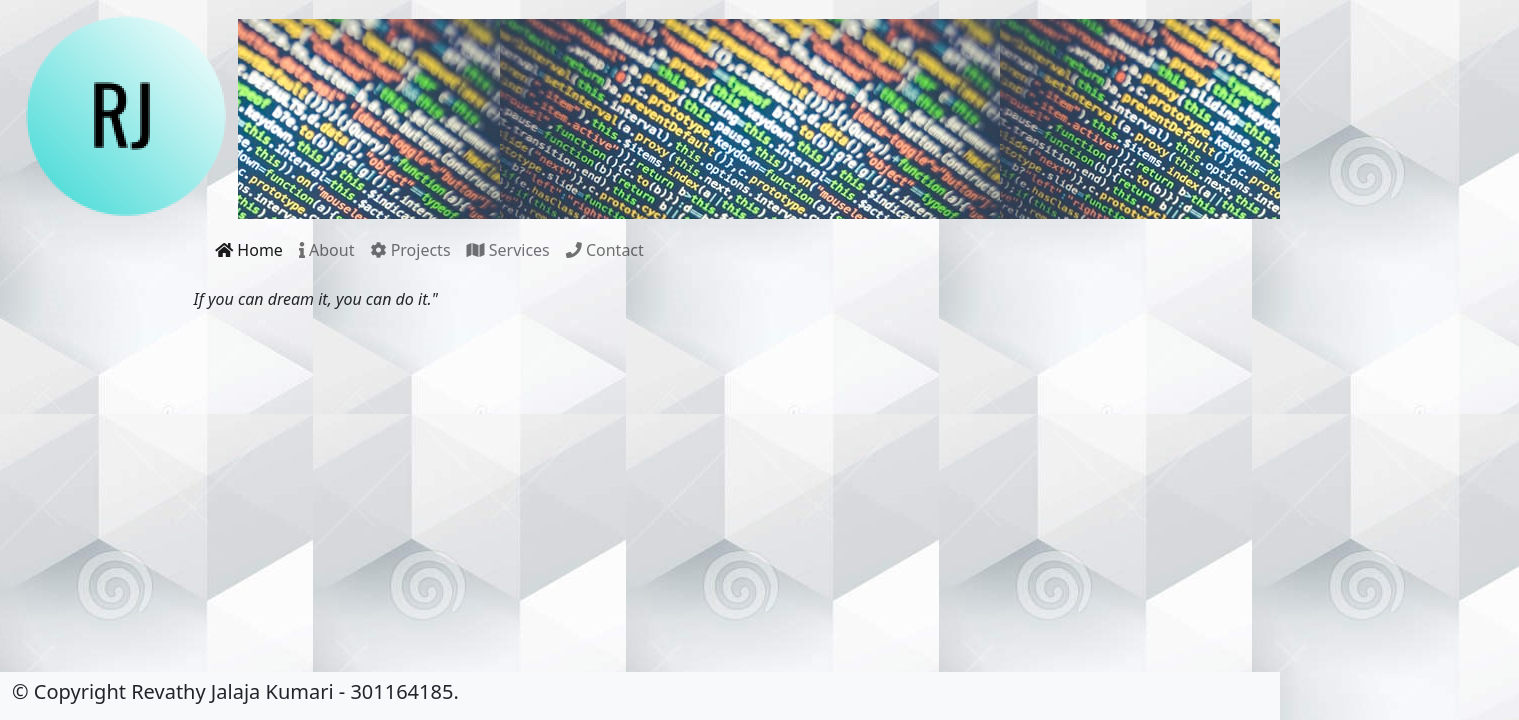
Repository: RevathyJK/Portfolio
Page: http://localhost/
An editor plug-in stored every save of this project. The page is shown before and after the next save, followed by the edit.
The browser window is 1280 px wide. The page is 1519 px wide, so the pictures cover 1519 px, including what lies to the right of the window. The pictures show the whole page.
The first visible `a` is being pressed.
The page is served by the project's Node server (server.js).

Above is the page before, as saved 2021-10-01 17:51:35.

After the next save:
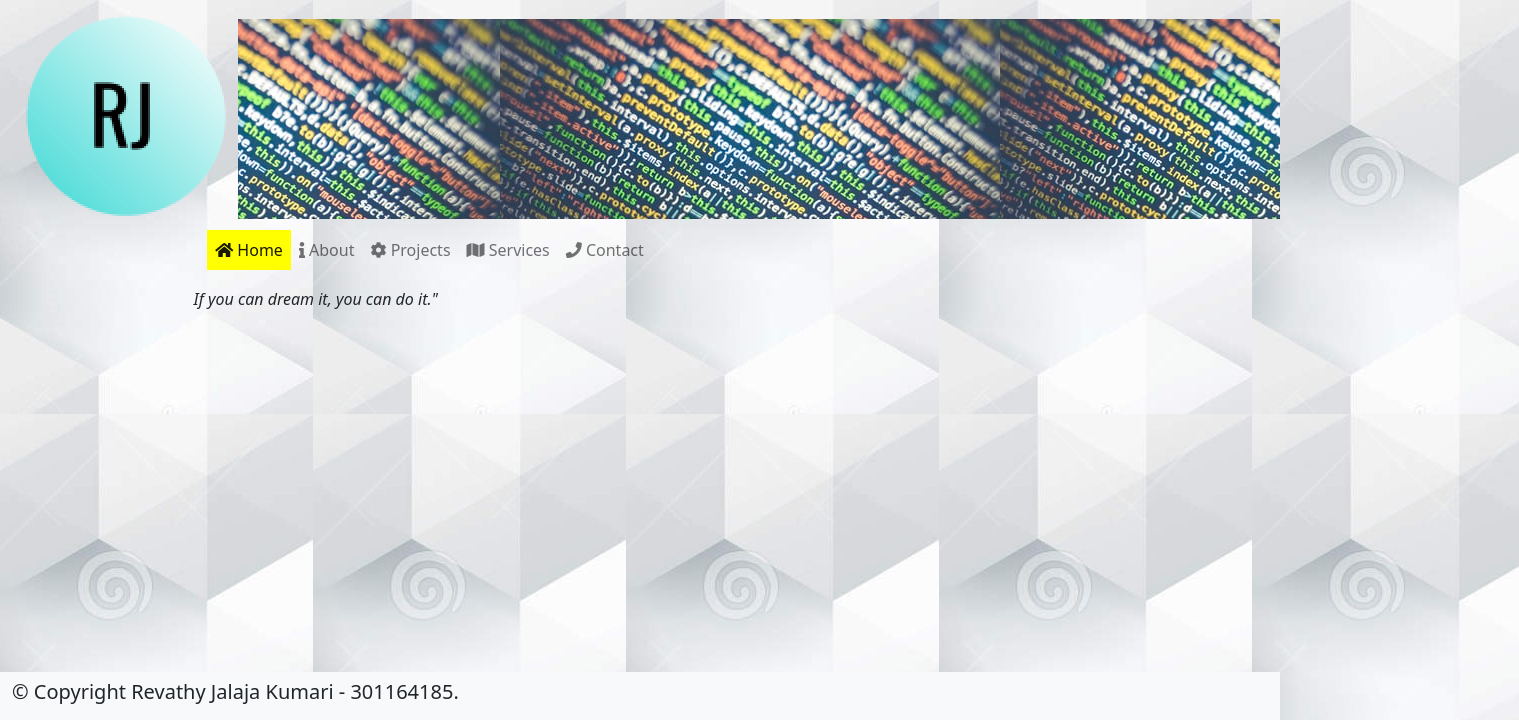
Saved 2 min 33 s later.
--- a/Client/Content/app.css
+++ b/Client/Content/app.css
@@ -20,6 +20,10 @@
     color: #FFFFFF;
     position: absolute;
 }
+
+a:active {
+    background-color: yellow;
+  }
 
 .navcustom{
 

After the save that followed:
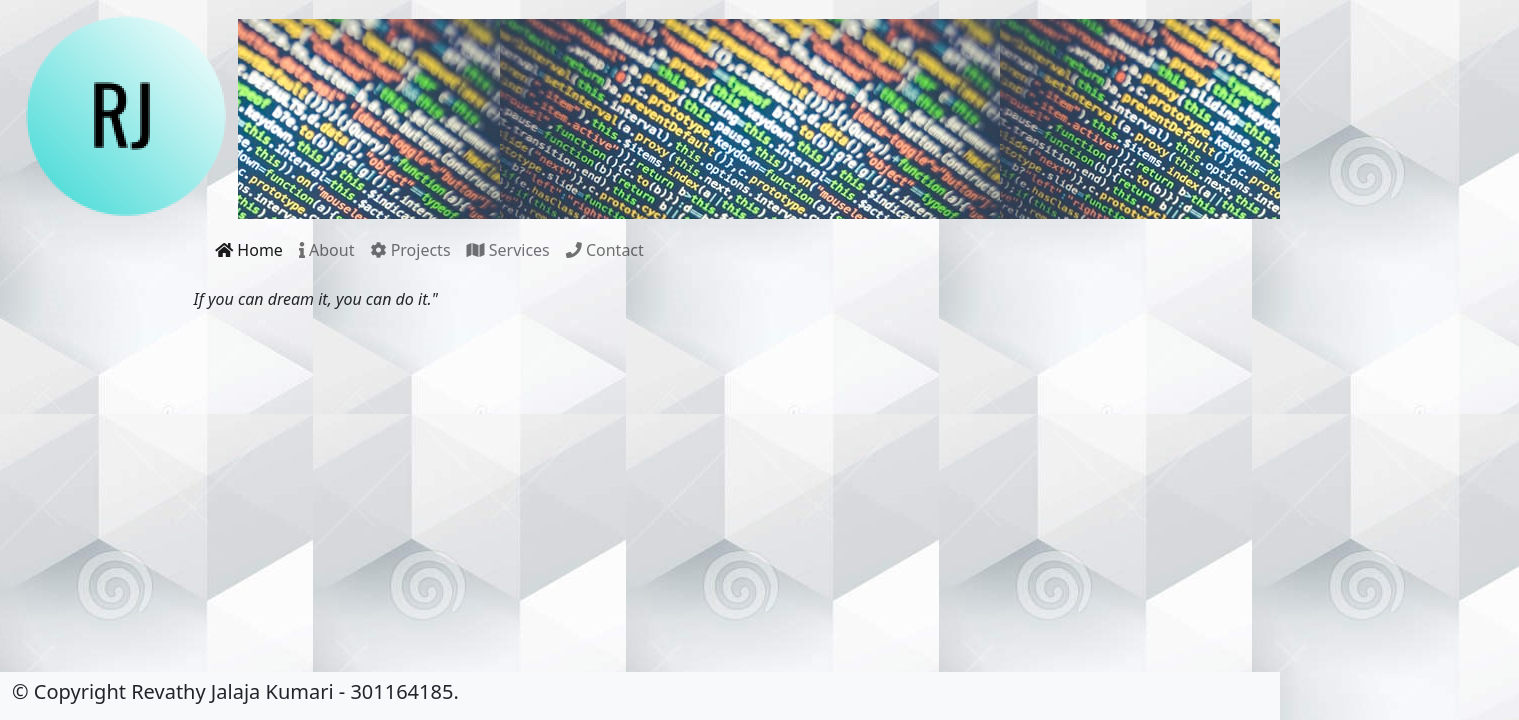
Saved 60 s later.
--- a/Client/Content/app.css
+++ b/Client/Content/app.css
@@ -22,7 +22,7 @@
 }
 
 a:active {
-    background-color: yellow;
+    color: yellow;
   }
 
 .navcustom{
